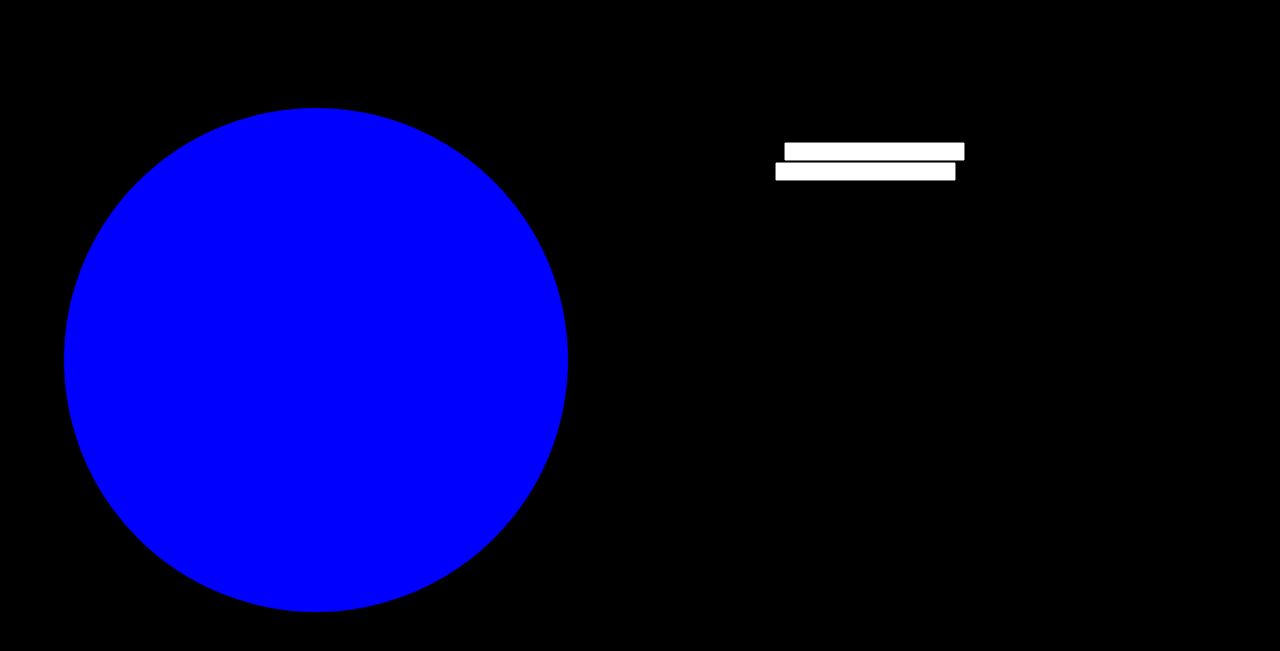
Repository: emiliaiwu/choice_wheel_spinner
Page: index.html
An editor plug-in stored every save of this project. The page is shown before and after a run of saves, followed by the edit.
The browser window is 1280 px wide. The pictures show the whole page.

Above is the page before, as saved 2023-01-09 23:29:41.

### index.html
<!DOCTYPE html>
<html lang="en">
<head>
    <meta charset="UTF-8">
    <meta http-equiv="X-UA-Compatible" content="IE=edge">
    <meta name="viewport" content="width=device-width, initial-scale=1.0">
    <link rel="stylesheet" href="style.css">
    <title>Choice Picker</title>
</head>
<body>
    <div class="container">
        <div class="choice_picker_container">
            <div class="choice_picker">
                <div class="circle"></div>
            </div>
            <div class="choice_details">
                <div class="question">
                    <label for="question">Your question</label>
                    <input type="text" name="question" id="question">
                </div>
                <div class="make_choices">
                    <label for="choices">Your choices</label>
                    <input type="text" name="choices" id="choices">
                </div>
                <div class="listed_choices">
                    <span class="choice">Berry</span>
                </div>
            </div>
        </div>
        <div class="picked_choice">

        </div>
    </div>
</body>
</html>

### style.css
@import url('https://fonts.googleapis.com/css2?family=Work+Sans:ital,wght@0,400;0,500;1,700&display=swap');

* {
    padding: 0;
    margin: 0;
    box-sizing: border-box;
}


body {
    background-color: black;
    font-family: 'Work Sans', sans-serif;
    max-width: 100vw;
    min-height: 100vh;
    display: flex;
    align-items: center;
    justify-content: center;
}

.container {
    padding: 5%;
}

.container,
.choice_picker {
    width: 100%;
    height: 100%;
}

.choice_picker_container {
    display: flex;
    align-items: flex-start;
    justify-content: space-between;
    gap: 2rem;
}

.circle {
    width: 70vmin;
    height: 70vmin;
    background-color: blue;
    border-radius: 50%;
}


.choice_details {
    border: 1px solid;
    padding: 2rem;
    height: 70vmin;
    width: 100%;
}

After the next 3 saves:
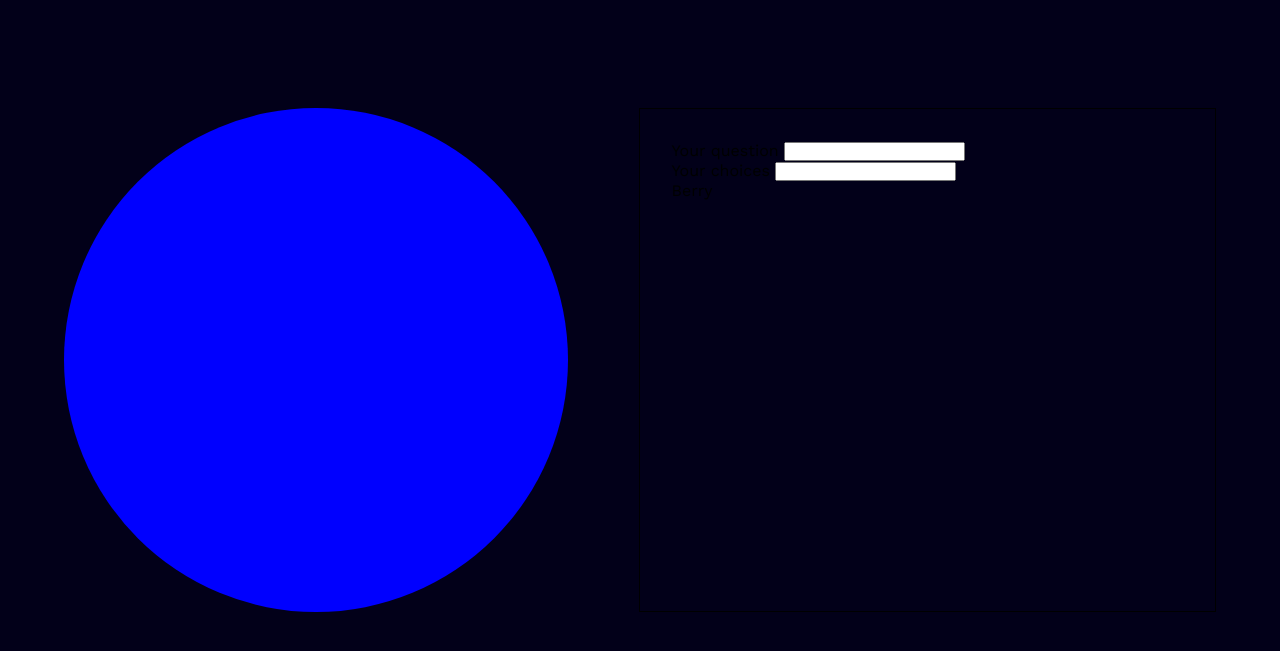
The 3 saves are shown as one change because they came seconds apart.
The last was saved 11 s later.
--- a/style.css
+++ b/style.css
@@ -8,7 +8,7 @@
 
 
 body {
-    background-color: black;
+    background-color: rgb(2, 0, 25);
     font-family: 'Work Sans', sans-serif;
     max-width: 100vw;
     min-height: 100vh;
